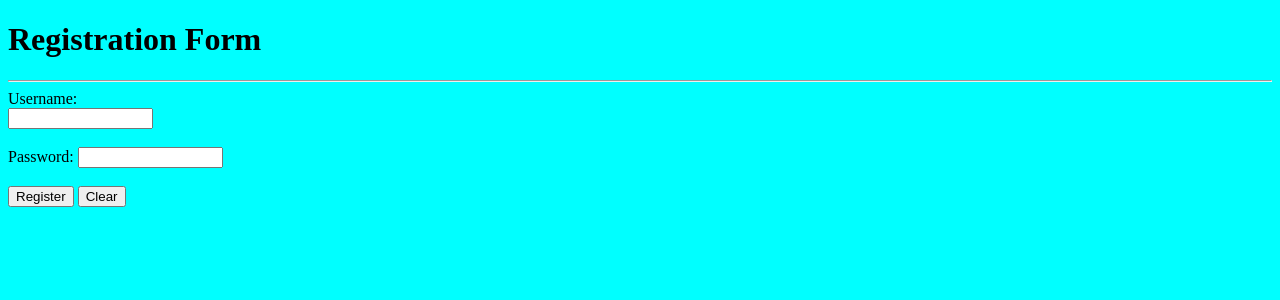
Repository: konduruswathi/Day10
Page: LoginApp/WebContent/registration.html
The author's editor kept a copy of each file at every save. The page is drawn from the files as they stood at one save, then again after the next save.
The browser window is 1280 px wide. The pictures show the whole page.

Above is the page before, as saved 2018-09-05 10:21:29.

### LoginApp/WebContent/registration.html
<!DOCTYPE html>
<html>
<head>
<meta charset="ISO-8859-1">
<title>Registration Page</title>
</head>
<body bgcolor="cyan">
<h1>Registration Form</h1>
<hr>
<label>Username:</label>
<form action="login"method="post">
<input type="text"name="username"size="15"/>
<br><br>
<label>Password:</label>
<input type="text"name="password"size="15"/>
<br><br>
<input type="submit"value="Register"/>
<input type="reset"value="Clear"/>
</form>
</body>
</html>

After the next save:
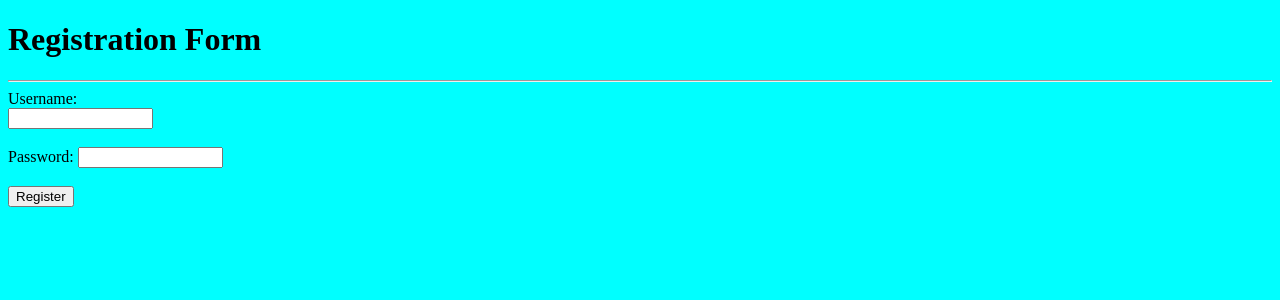
Saved 62 s later.
--- a/LoginApp/WebContent/registration.html
+++ b/LoginApp/WebContent/registration.html
@@ -15,7 +15,7 @@
 <input type="text"name="password"size="15"/>
 <br><br>
 <input type="submit"value="Register"/>
-<input type="reset"value="Clear"/>
+<!-- <input type="reset"value="Clear"/> -->
 </form>
 </body>
 </html>

After the save that followed:
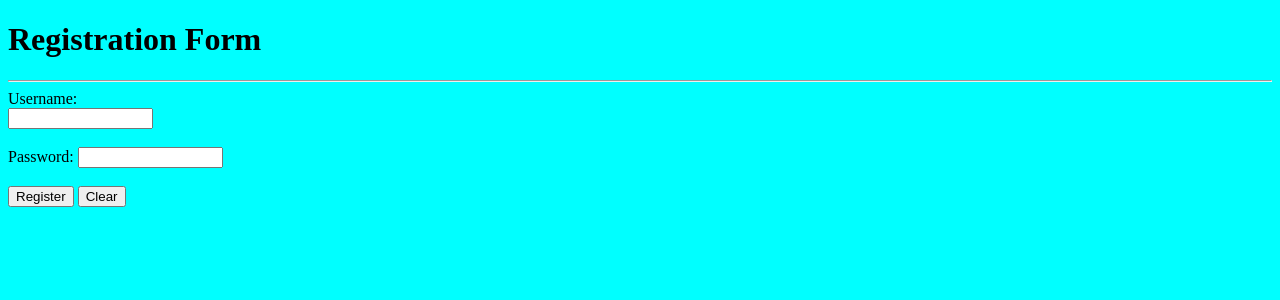
Saved 3 min 38 s later.
--- a/LoginApp/WebContent/registration.html
+++ b/LoginApp/WebContent/registration.html
@@ -8,14 +8,14 @@
 <h1>Registration Form</h1>
 <hr>
 <label>Username:</label>
-<form action="login"method="post">
+<form action="register"method="post">
 <input type="text"name="username"size="15"/>
 <br><br>
 <label>Password:</label>
 <input type="text"name="password"size="15"/>
 <br><br>
 <input type="submit"value="Register"/>
-<!-- <input type="reset"value="Clear"/> -->
+<input type="reset"value="Clear"/>
 </form>
 </body>
 </html>
